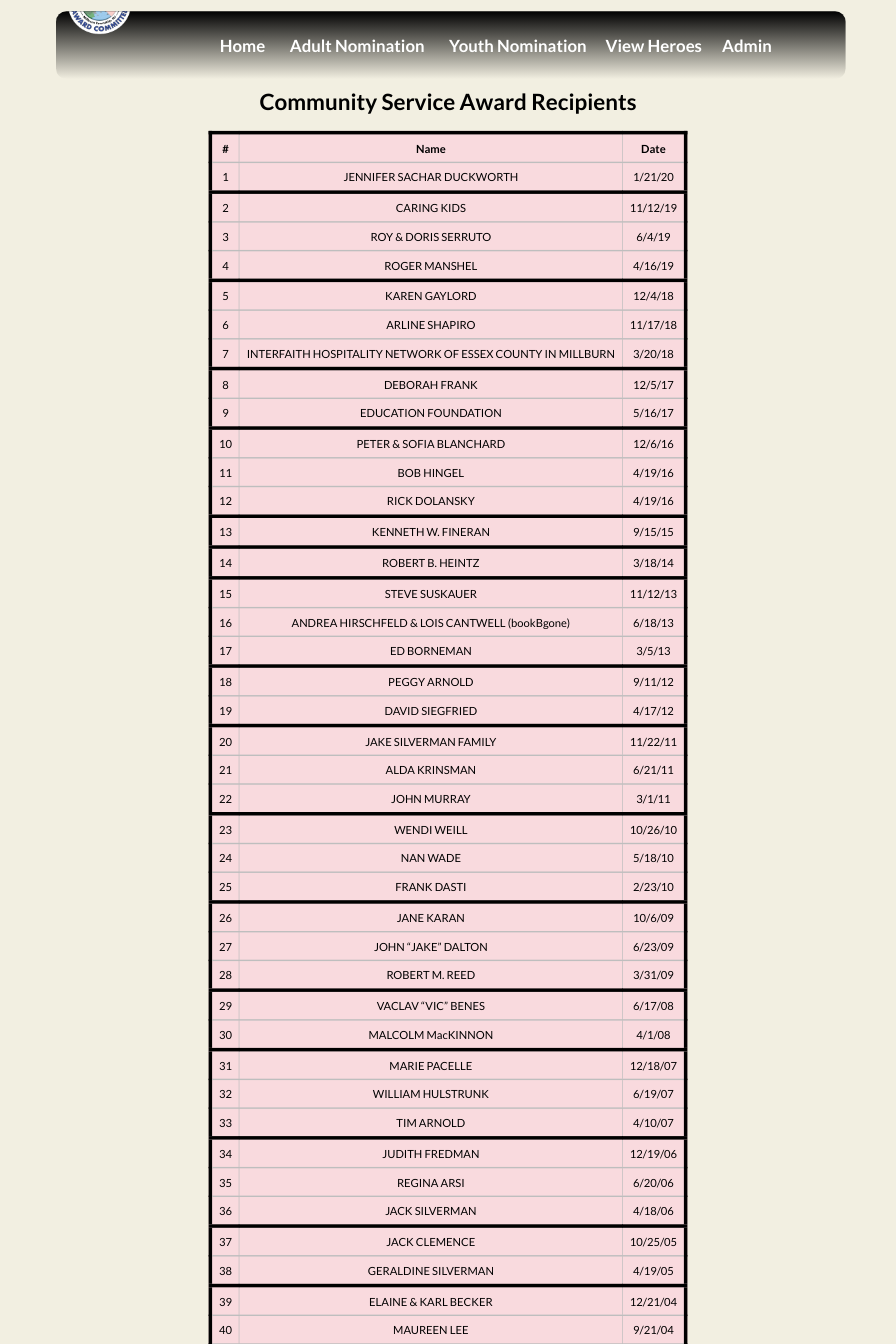
Repository: Centrattic/Young-Heroes-Website
Page: http://localhost/Frontend/before2020.php
The author's editor kept a copy of each file at every save. The page is drawn from the files as they stood at one save, then again after the next save.
The browser window is 1280 px wide. The pictures show the part of the page from y = 0 to 1920 px (the page is 3810 px tall), at 70% of full size.
The page is run by PHP 8.4 with error messages shown; the project is at /var/www/html/.

Above is the page before, as saved 2020-12-21 14:28:03.

After the next save:
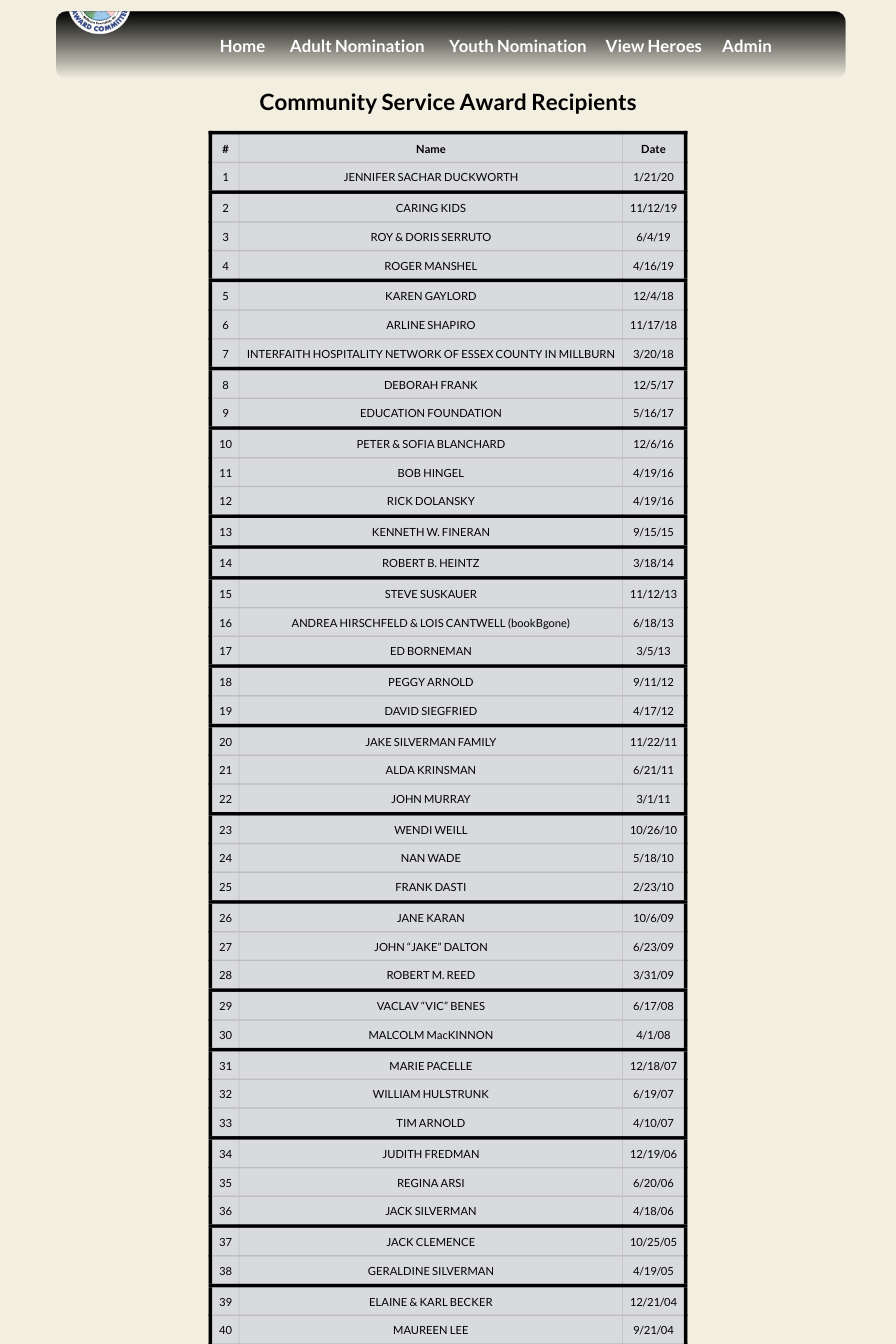
Saved 16 s later.
--- a/Eagle Project/Frontend/before2020.php
+++ b/Eagle Project/Frontend/before2020.php
@@ -25,7 +25,7 @@ require '../Backend/dbhconnect.php';
             margin: 0 auto;
             border: 5px solid black;
             border-radius: 0px;
-            background-color: #f9dade;
+            background-color: #d9DADE;
             width: 60%;
         }
 
